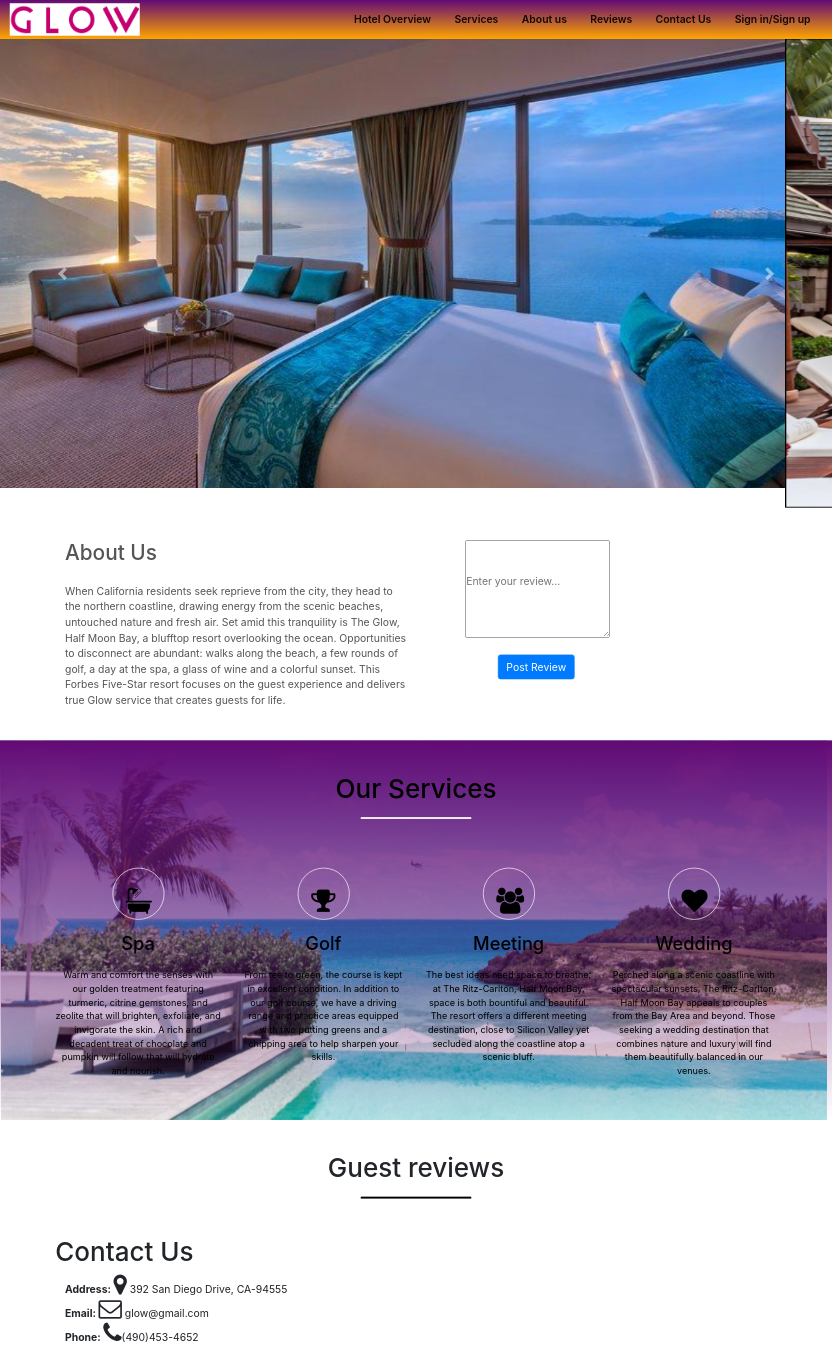
Repository: M-p1998/solo-dojo-project
Page: http://localhost/hotel/WEB-INF/hotel/home.jsp
An editor plug-in stored every save of this project. The page is shown before and after the next save, followed by the edit.
The browser window is 1280 px wide. The pictures show the whole page, at 65% of full size.
Backgrounds fixed to the window are drawn as part of the page. Some web libraries are served in a nearby version. The page is served by Tomcat 9. Nobody is signed in. The template is opened directly, without the code that normally fills it, so the values that code supplies are empty.

Above is the page before, as saved 2022-02-13 18:59:04.

After the next save:
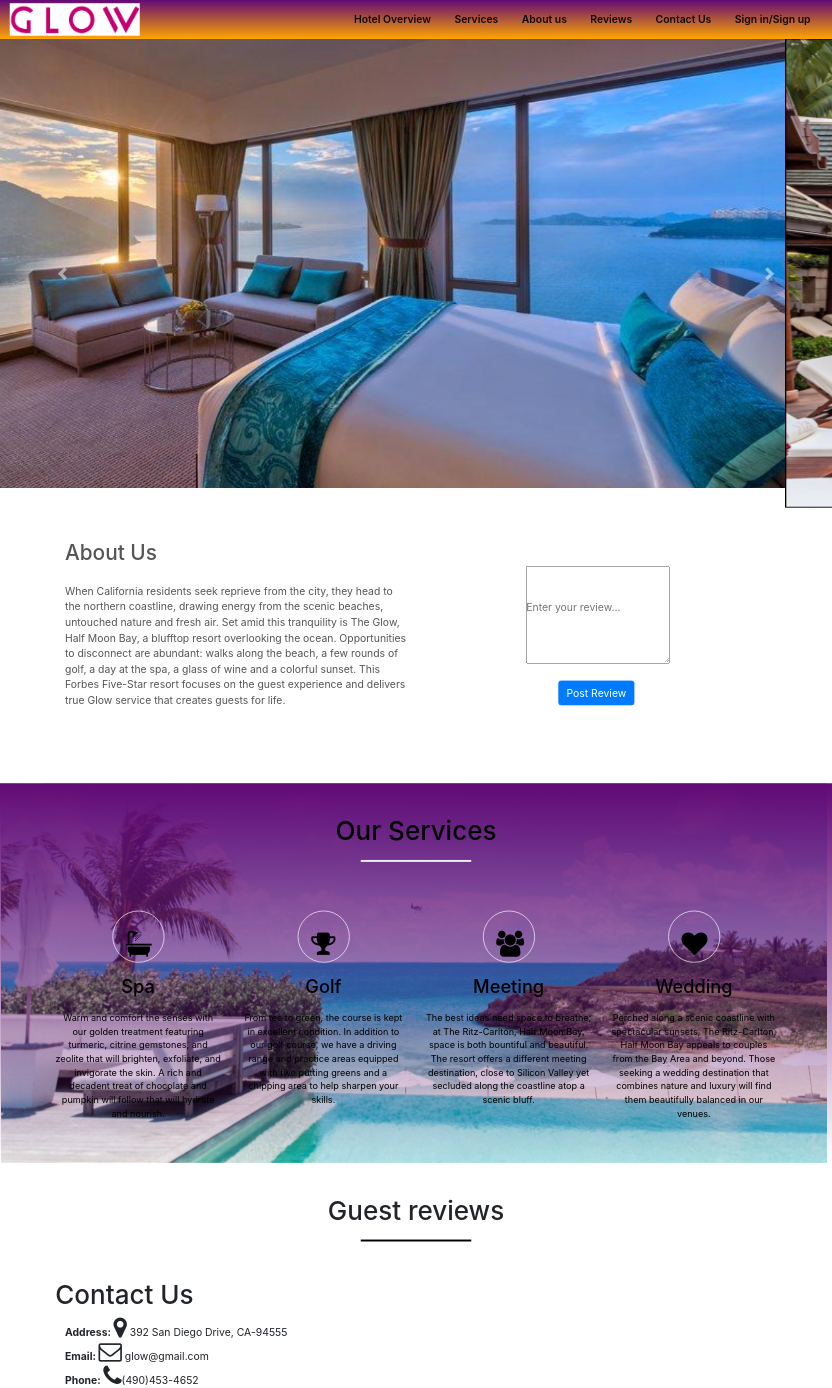
Saved 2 min 7 s later.
--- a/hotel/src/main/webapp/css/home.css
+++ b/hotel/src/main/webapp/css/home.css
@@ -136,6 +136,19 @@ body{
 	margin: 20px auto 5px;
 }
 
+#reviews .row{
+	margin-top: 30px;
+
+}
+
+.col-md-4{
+	margin: 40px auto;
+}
+
+.profile{
+	padding: 70px 10px 10px;
+	background-color: pink;
+}
 
 /* .skills-bar p{
 	margin-bottom: 6px;
